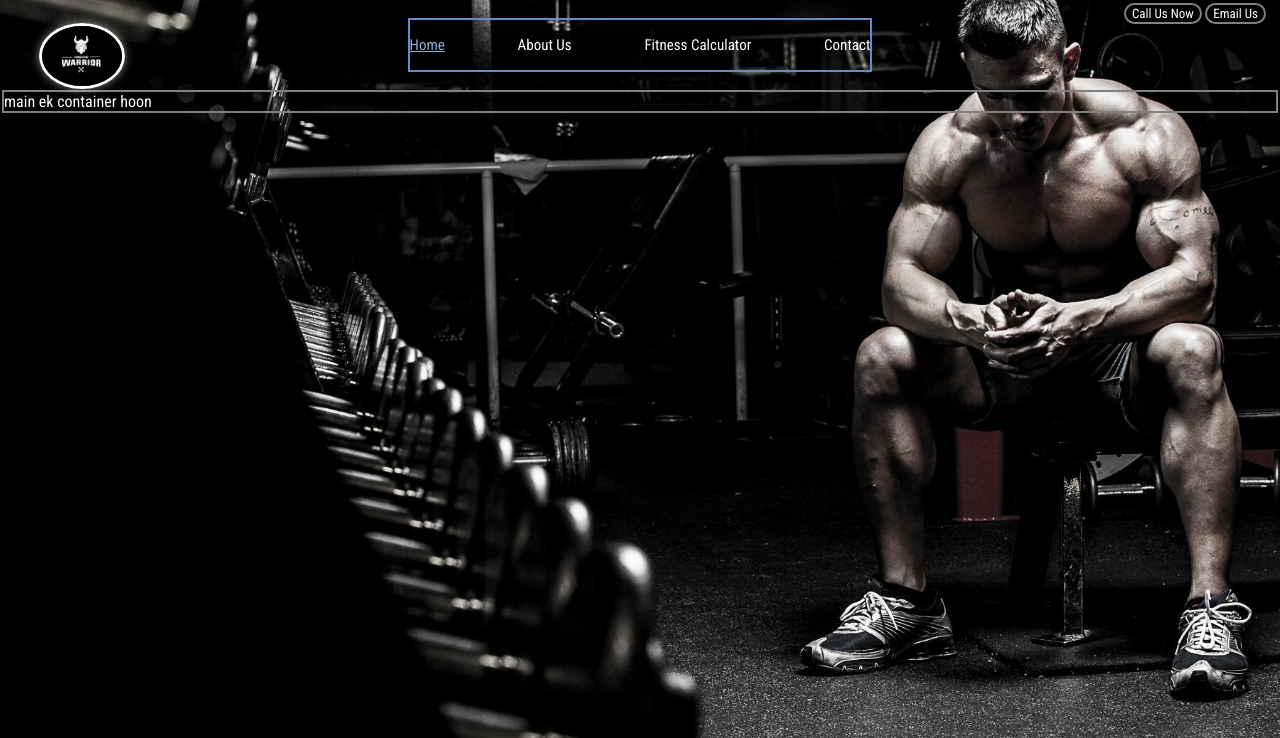
Repository: asthaasquare/project-1
Page: project-1/index.html
The author's editor kept a copy of each file at every save. The page is drawn from the files as they stood at one save, then again after a run of saves.
The browser window is 1280 px wide. The pictures show the whole page.
Some web fonts or font styles are not loaded; a fallback is used.

Above is the page before, as saved 2024-05-09 17:23:27.

### project-1/index.html
<!DOCTYPE html>
<html lang="en">
<head>
  <meta charset="UTF-8" />
  <meta name="viewport" content="width=device-width, initial-scale=1.0" />
  <title>Fit World</title>
  </head>
  <link rel="preconnect" href="https://fonts.googleapis.com">
<link rel="preconnect" href="https://fonts.gstatic.com" crossorigin>
<link href="https://fonts.googleapis.com/css2?family=Briem+Hand:wght@100..900&family=Jaro:opsz@6..72&family=Jersey+25+Charted&family=Oswald:wght@200..700&family=Poetsen+One&family=Raleway:ital,wght@0,100..900;1,100..900&family=Roboto+Condensed:ital,wght@0,100..900;1,100..900&display=swap" rel="stylesheet">
<link rel="stylesheet" href="css/style.css" />
  <style>
    body {
      color: white;
      margin: 0;
      padding: 0;
      background-image: url("img/1087639.jpg");
      background-size: cover; /* This will make sure the image covers the entire background */
      background-position: center; /* This will center the image within the container */
      height: 100vh; /* This will set the height of the background to the viewport height */
      font-family: "Roboto Condensed", sans-serif;
  font-optical-sizing: auto;
    }

    .left {
      /* border: 2px double rgb(75, 62, 62); */
      display: inline-block;
      position: absolute;
      top: 0px;
      left: 34px;
      padding: 5px; /* Add some padding around the logo */
    }

    .left img {
      width: 80px;
      height: auto;
      border-radius: 50%;
      border: 3px solid white;
      box-shadow: 0 0 10px rgba(255, 255, 255, 0.5);
    }

    .left div{
      line-height: 0px;
    }

    .mid {
      margin: 18px auto;
      display: block;
      width: 36%;
      border: 2px double rgb(106, 137, 200);
    }

    .right {
      position: absolute;
      display: inline-block;
      /* border: 2px double rgb(100, 96, 222); */
      top: 0px;
      right: 34px;
    }



    .navbar {
      display: flex; /* Use flexbox for better alignment */
      justify-content: space-between; /* Distribute items evenly across the container */
      align-items: center; /* Center items vertically */
      padding: 0;
    }

    .navbar li {
      font-size: 15px;
      list-style: none; /* Remove default list styles */
      margin-right: 20px; /* Add some spacing between navbar items */
    }

    .navbar li a {
      color: white;
      text-decoration: none;
    }

    .navbar li a:hover,
    .navbar li a.active {
      text-decoration: underline;
      color: rgb(136, 177, 215);
    }

    .navbar li:last-child {
      margin-right: 0; /* Remove margin from the last navbar item */
    }

    .header {
      position: relative; /* Set position to relative to allow absolute positioning of ch
      ild elements */
    }

    .container{
      border: 2px solid grey;
      margin: 2px 2px;
      pad
    }

   .btn{
      margin: 0px 0px;
      color: white;
      background-color: black;
      position:relative;
      right: 22px;
      top: -15px;
      left:20px;
      border: 2px solid grey;
      border-radius: 13px;
      font-size: 13px;
      cursor: pointer;
      transition: background-color 0.3s, border-color 0.3s;
      font-family: "Roboto Condensed", sans-serif;
    }

    .btn:hover {
  background-color: grey; /* Change background color on hover */
  border-color: black; /* Change border color on hover */

}
  </style>


<body>
  <header class="header">
    <div class="left">
      <img src="img/logo.jpg" alt="Logo" />
    </div>
    <div class="mid">
      <ul class="navbar">
        <li><a href="#" class="active">Home</a></li>
        <li><a href="#">About Us</a></li>
        <li><a href="#">Fitness Calculator</a></li>
        <li><a href="#">Contact</a></li>
      </ul>
    </div>
    <div class="right">
       <button class="btn">Call Us Now</button>
       <button class="btn">Email Us</button>
    </div>
  </header>

  <div class="container">
    main ek container hoon
  </div>
</body>
</html>

Loaded but not shown: project-1/css/style.css (no stored copy; drawn as an empty file)

After the next 8 saves:
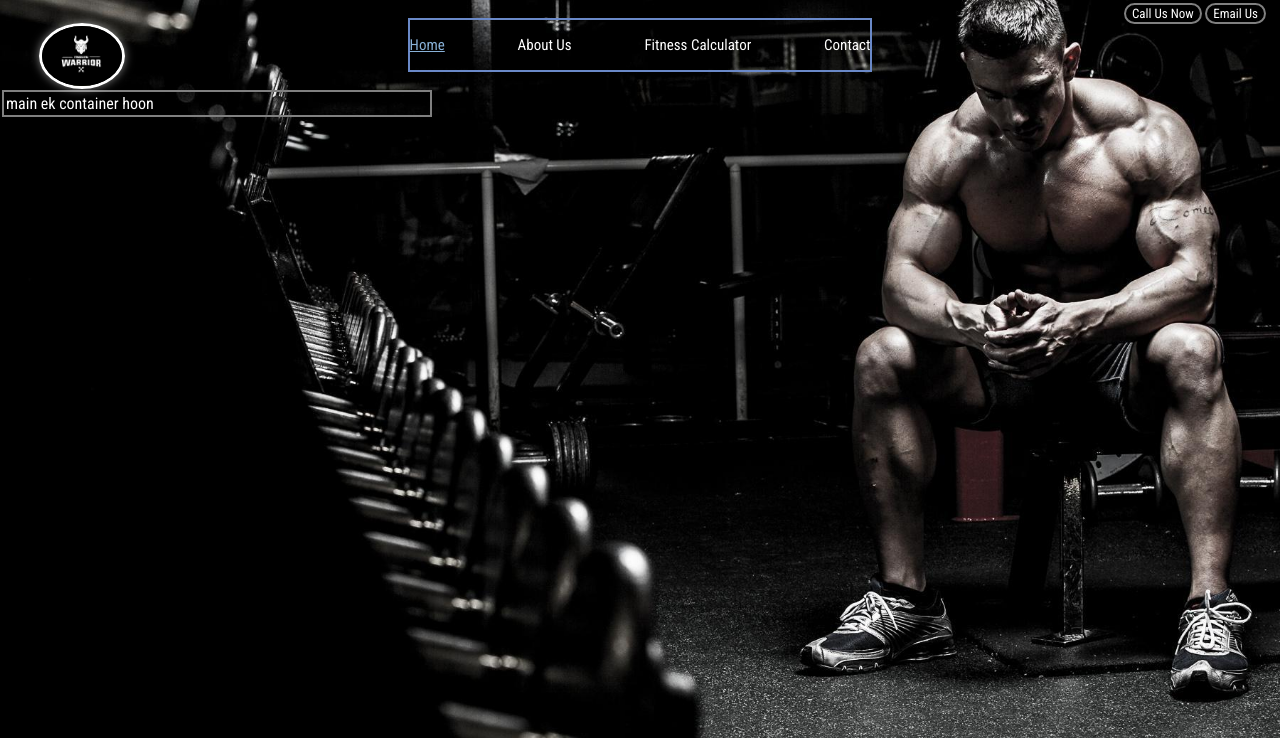
The 8 saves are shown as one change because they came seconds apart.
The last was saved 19 s later.
--- a/project-1/index.html
+++ b/project-1/index.html
@@ -96,7 +96,9 @@
     .container{
       border: 2px solid grey;
       margin: 2px 2px;
-      pad
+      padding: 2px 2px;
+      width: 33%;
+      border-radius: ;
     }
 
    .btn{
